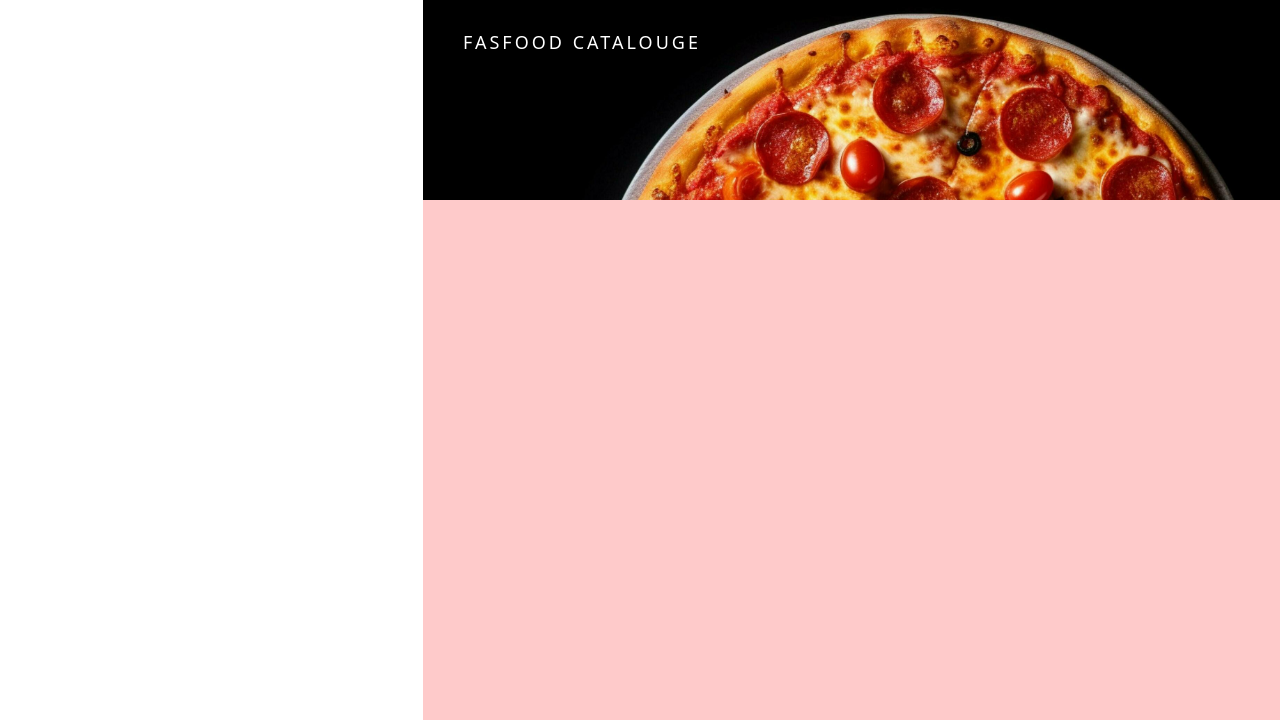
Repository: zahranaserii/FastFoodProject
Page: /
An editor plug-in stored every save of this project. The page is shown before and after the next save, followed by the edit.
The browser window is 1280 px wide. The pictures show the whole page.
The project was rebuilt for these pictures with package versions that can differ from the ones it lists, and the page was loaded fresh each time.

Above is the page before, as saved 2023-11-17 11:30:17.

### public/index.html
<!DOCTYPE html>
<html lang="fa" dir="rtl">
  <head>
    <meta charset="utf-8" />
    <meta name="viewport" content="width=device-width, initial-scale=1" />
    <meta name="theme-color" content="#000000" />
    <meta
      name="description"
      content="Web site created using create-react-app"
    />
    <link rel="apple-touch-icon" href="%PUBLIC_URL%/logo192.png" />
    <!--
      manifest.json provides metadata used when your web app is installed on a
      user's mobile device or desktop. See https://developers.google.com/web/fundamentals/web-app-manifest/
    -->
    <link rel="manifest" href="%PUBLIC_URL%/manifest.json" />
    <!--
      Notice the use of %PUBLIC_URL% in the tags above.
      It will be replaced with the URL of the `public` folder during the build.
      Only files inside the `public` folder can be referenced from the HTML.

      Unlike "/favicon.ico" or "favicon.ico", "%PUBLIC_URL%/favicon.ico" will
      work correctly both with client-side routing and a non-root public URL.
      Learn how to configure a non-root public URL by running `npm run build`.
    -->
    <title>React App</title>
  </head>
  <body>
    <noscript>You need to enable JavaScript to run this app.</noscript>
    <div id="root"></div>
    <!--
      This HTML file is a template.
      If you open it directly in the browser, you will see an empty page.

      You can add webfonts, meta tags, or analytics to this file.
      The build step will place the bundled scripts into the <body> tag.

      To begin the development, run `npm start` or `yarn start`.
      To create a production bundle, use `npm run build` or `yarn build`.
    -->
  </body>
</html>

### src/App.js
import "./App.css";
import Header from "./Header/Header";

function App() {
  return (
    <div className="bg-red-200 max-w-5xl container">
      <Header />
    </div>
  );
}

export default App;

### src/Header/Header.jsx
import React from "react";
import "./header.css";
const Header = () => {
  return (
    <header className="bg-cover">
      <div className="px-10 pt-7">
        <h1 className="text-white text-lg text-end uppercase">
          fasfood catalouge
        </h1>
      </div>
    </header>
  );
};

export default Header;

### src/Header/header.css
header {
  height: 200px;
  background: url("../assets/images/of-pizza-with-no-background-free-photo.jpg");
  letter-spacing: 3px;
}

Loaded but not shown: src/index.js (common file); src/index.css (common file); src/App.css (common file); tailwind.config.js (common file)

After the next save:
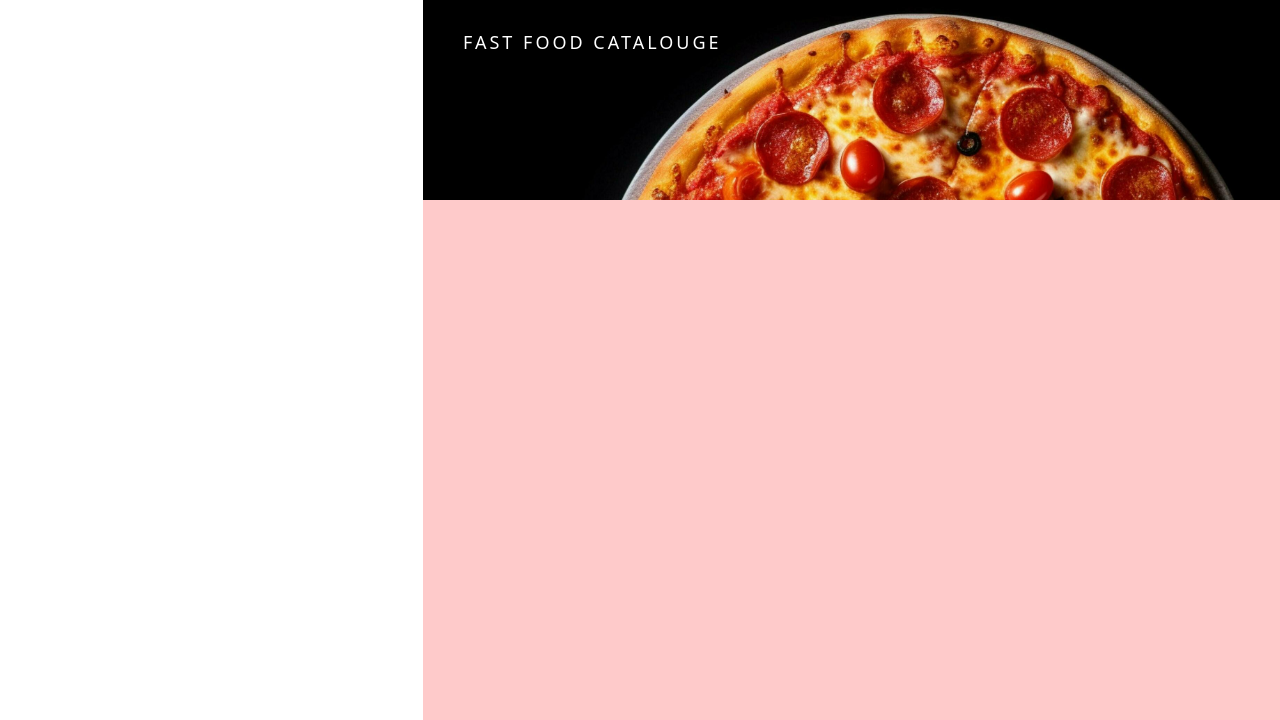
Saved 6 min 38 s later.
--- a/src/Header/Header.jsx
+++ b/src/Header/Header.jsx
@@ -5,7 +5,7 @@ const Header = () => {
     <header className="bg-cover">
       <div className="px-10 pt-7">
         <h1 className="text-white text-lg text-end uppercase">
-          fasfood catalouge
+          fast food catalouge
         </h1>
       </div>
     </header>
